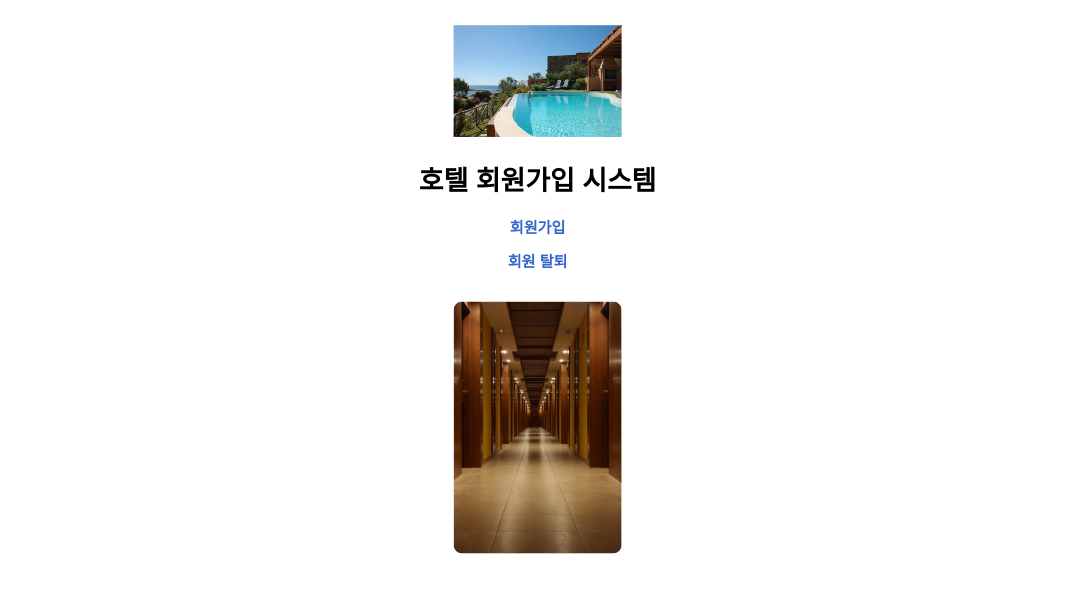
Repository: DearMyStore/ui-test
Page: http://localhost/HotelReservationSystem/menu.jsp
These files come from the project's save history. The page is drawn as it stood at one moment and after the next save; the edit follows.
The browser window is 1280 px wide. The pictures show the whole page, at 84% of full size.
The page is served by Tomcat 9.

Above is the page before, as saved 2025-05-27 13:54:05.

After the next save:
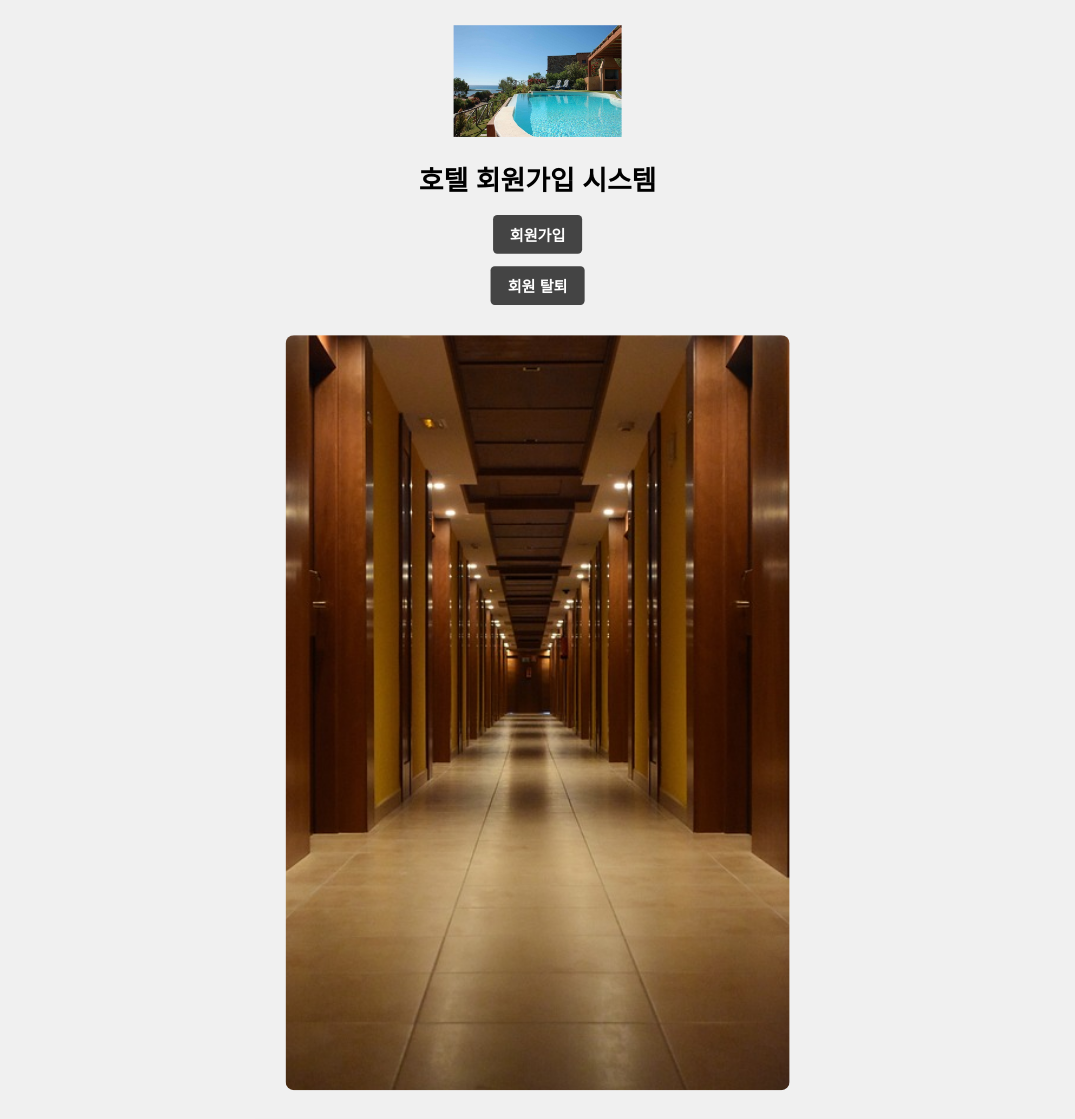
Saved 2 min 21 s later.
--- a/HRS/HotelReservationSystem/src/main/webapp/menu.jsp
+++ b/HRS/HotelReservationSystem/src/main/webapp/menu.jsp
@@ -11,6 +11,48 @@
         ul { list-style-type: none; padding: 0; }
         li { margin: 15px 0; font-size: 18px; }
         a { text-decoration: none; color: #3366cc; font-weight: bold; }
+                body {
+            background-color: #f0f0f0; /* 연한 회색 배경 */
+            font-family: Arial, sans-serif;
+            text-align: center;
+            margin: 0;
+            padding: 30px;
+        }
+        .container {
+            background-color: #ffffff;
+            padding: 30px;
+            border-radius: 10px;
+            display: inline-block;
+            box-shadow: 0px 0px 15px rgba(0, 0, 0, 0.1);
+        }
+        img.logo {
+            width: 200px;
+        }
+        img.room {
+            width: 600px;
+            margin-top: 20px;
+            border-radius: 10px;
+        }
+        ul {
+            list-style-type: none;
+            padding: 0;
+        }
+        li {
+            margin: 15px 0;
+        }
+        a {
+            display: inline-block;
+            padding: 10px 20px;
+            background-color: #444444;
+            color: white;
+            border-radius: 5px;
+            text-decoration: none;
+            font-weight: bold;
+            transition: background-color 0.2s ease;
+        }
+        a:hover {
+            background-color: #222222;
+        }
     </style>
 </head>
 <body>
